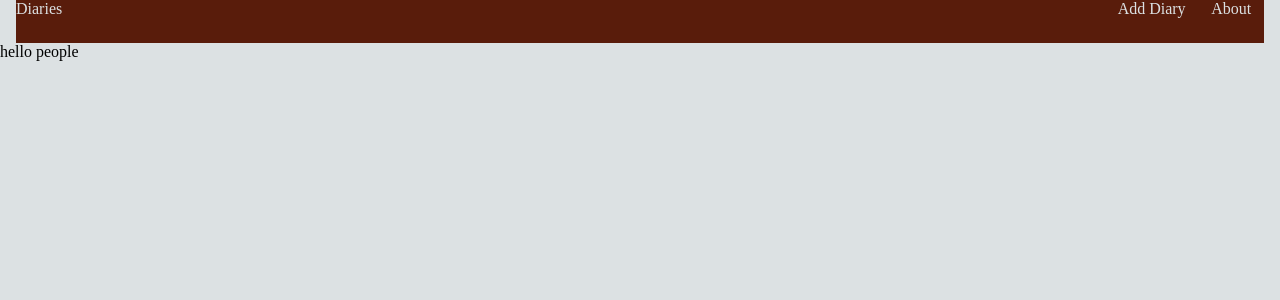
Repository: Tun-Dev/mydiary
Page: /
The author's editor kept a copy of each file at every save. The page is drawn from the files as they stood at one save, then again after the next save.
The browser window is 1280 px wide. The pictures show the whole page.
The project was rebuilt for these pictures with package versions that can differ from the ones it lists, and the page was loaded fresh each time.

Above is the page before, as saved 2021-05-10 12:25:56.

After the next save:
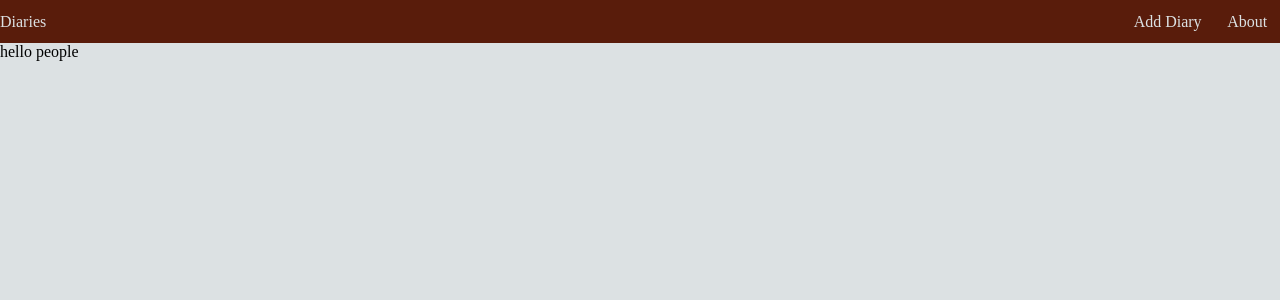
Saved 2 min 0 s later.
--- a/src/Layout/Nav.js
+++ b/src/Layout/Nav.js
@@ -18,14 +18,14 @@ const Nav = () => {
     )
 }
 const NavBar = styled.div`
-     background-color: #591c0b;
-     height: 6vh;
-     color: #dce1e3;
-     margin: auto 1rem;
+
   nav {
     display: flex;
     justify-content: space-between;
     align-items: center;
+    background-color: #591c0b;
+     height: 6vh;
+     color: #dce1e3;
     margin: auto 0;
 }
 ul {
